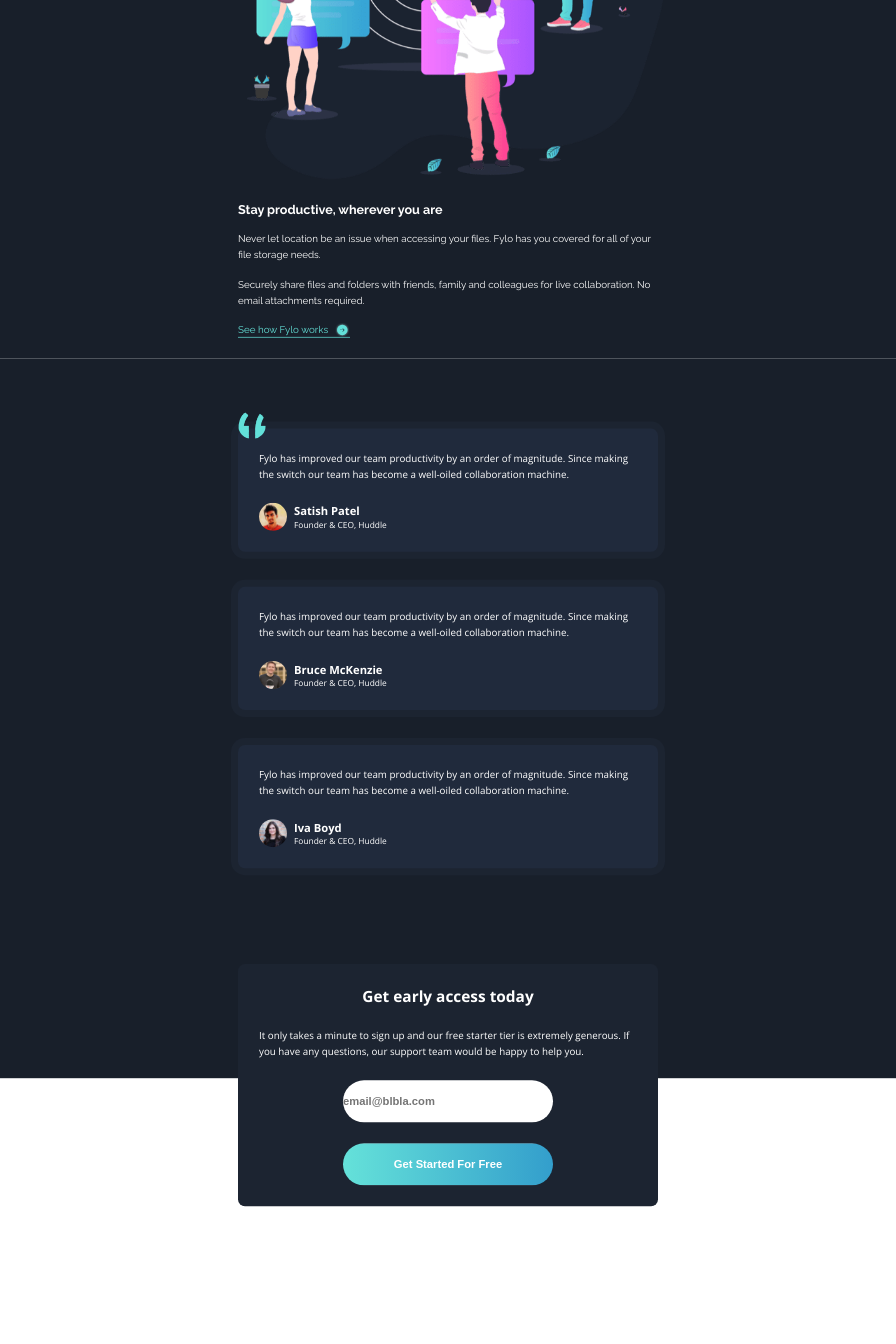
Repository: tomas938/fylo-dark-theme-landing-page-master
Page: index.html
The author's editor kept a copy of each file at every save. The page is drawn from the files as they stood at one save, then again after the next save.
The browser window is 1280 px wide. The pictures show the part of the page from y = 2156 to 4076 px (the page is 4076 px tall before and 3800 px after), at 70% of full size.
The style sheet was rebuilt from its Sass, Less or Tailwind sources for each picture, by a compiler version that may differ from the author's.

Above is the page before, as saved 2021-08-05 17:12:50.

### index.html
<!DOCTYPE html>
<html lang="en">
	<head>
		<meta charset="UTF-8" />
		<meta name="viewport" content="width=device-width, initial-scale=1.0" />
		<link
			rel="icon"
			type="image/png"
			sizes="32x32"
			href="./images/favicon-32x32.png"
		/>
		<title>
			Frontend Mentor | Fylo landing page with dark theme and features grid
		</title>
		<link rel="stylesheet" href="/scss/main.css" />
	</head>
	<body>
		<section class="intro">
			<nav class="intro__navigation">
				<img src="/images/logo.svg" alt="" />
				<ul class="intro__navigation__links">
					<li><a href="#">Features</a></li>
					<li><a href="#">Team</a></li>
					<li><a href="#">Sign In</a></li>
				</ul>
			</nav>
			<div class="intro__description">
				<img class="bg-image" src="/images/illustration-intro.png" alt="" />
				<h1>All your files in one secure location, accessible anywhere.</h1>
				<p>
					Fylo stores all your most important files in one secure location.
					Access them wherever you need, share and collaborate with friends
					family, and co-workers.
				</p>
				<button class="blue-rounded">Get Started</button>
			</div>
		</section>
		<section class="about">
			<div class="about__item">
				<img src="/images/icon-access-anywhere.svg" class="icon"></img>
				<h3>Access your files, anywhere</h3>
				<p>
					The ability to use a smartphone, tablet, or computer to access your
					account means your files follow you everywhere.
				</p>
			</div>
			<div class="about__item">
				<img src="/images/icon-security.svg" class="icon"></img>
				<h3>Security you can trust</h3>
				<p>
					2-factor authentication and user-controlled encryption are just a
					couple of the security features we allow to help secure your files.
				</p>
			</div>
			<div class="about__item">
				<img src="/images/icon-collaboration.svg" class="icon"></img>
				<h3>Real-time collaboration</h3>
				<p>
					Securely share files and folders with friends, family and colleagues
					for live collaboration. No email attachments required.
				</p>
			</div>
			<div class="about__item">
				<img src="/images/icon-any-file.svg" class="icon"></img>
				<h3>Store any type of file</h3>
				<p>
					Whether you're sharing holidays photos or work documents, Fylo has you
					covered allowing for all file types to be securely stored and shared.
				</p>
			</div>
		</section>
    <section class="informations">
      <div class="informations__image">
        <img src="/images/illustration-stay-productive.png" alt="">
      </div>
      <div class="informations__content">
        <h4>Stay productive, wherever you are</h4>
        <p> Never let location be an issue when
		accessing your files. Fylo has you covered for all of your file storage
		needs.</p>
        <p> Securely share files and folders with friends, family and colleagues
		for live collaboration. No email attachments required.</p>
        <div class="link">
          <a href="#"> See how Fylo works</a>
          <img src="/images/icon-arrow.svg" alt="">
        </div>
      </div>
    </section>
    <section class="testimonials">
      <div class="testimonials__item">
        <img class="quotes" src="/images/bg-quotes.png" alt="">
        <p>	Fylo has improved our team productivity by an order of magnitude. Since
		making the switch our team has become a well-oiled collaboration machine.</p>
      <div class="person">
        <img src="/images/profile-1.jpg" alt="">
        <div class="person__information">
          <h4>	Satish Patel </h4>
          <h5> Founder & CEO, Huddle</h5>
        </div>
      </div>
      </div>
      <div class="testimonials__item">
        <p>	Fylo has improved our team productivity
		by an order of magnitude. Since making the switch our team has become a
		well-oiled collaboration machine.</p>
      <div class="person">
        <img src="/images/profile-2.jpg" alt="">
        <div class="person__information">
          <h4>Bruce McKenzie </h4>
          <h5> Founder & CEO, Huddle</h5>
        </div>
      </div>
      </div>
      <div class="testimonials__item">
        <p>	Fylo has improved our team productivity
		by an order of magnitude. Since making the switch our team has become a
		well-oiled collaboration machine.</p>
      <div class="person">
        <img src="/images/profile-3.jpg" alt="">
        <div class="person__information">
          <h4>	Iva Boyd </h4>
          <h5> Founder & CEO, Huddle</h5>
        </div>
      </div>
      </div>
    </section>
	<div class="contact">
		<div class="contact__item">
			<h3>Get early access today</h3>
			<p>	 It only takes a minute to sign
		  up and our free starter tier is extremely generous. If you have any
		  questions, our support team would be happy to help you.</p>
		  <input type="text" placeholder="email@blbla.com">
		  <button class="blue-rounded ">Get Started For Free</button>
		</div>
	</div>


		Lorem ipsum dolor sit amet, consectetur adipiscing elit, sed do eiusmod
		tempor incididunt ut labore et dolore magna aliqua +1-543-123-4567
		example@fylo.com About Us Jobs Press Blog Contact Us Terms Privacy

		<footer></footer>
	</body>
</html>

### scss/main.scss
@import "./_partials/variables";
@import "./_partials/_reset";
@import "./_partials/_intro";
@import "./_partials/_about";
@import "./_partials/_informations";
@import "./_partials/_testimonials";
@import "./_partials/_contact";

### scss/_partials/_variables.scss
// COLORS //

// ### Primary //

$intro-bg: hsl(217, 28%, 15%); // intro email sign up
$main-bg: hsl(218, 28%, 13%);
$footer-bg: hsl(216, 53%, 9%);
$testimonials-bg: hsl(219, 30%, 18%);

// ### Accent //

$cayn: hsl(176, 68%, 64%); //(inside call-to-action gradient)//
$blue: hsl(198, 60%, 50%); //(inside call-to-action gradient)//
$error: hsl(0, 100%, 63%);

// ### Neutral //

$white: hsl(0, 0%, 100%);

// FONTS //

// ### Headings, Call-to-actions, Header Navigation //

@import url("https://fonts.googleapis.com/css2?family=Raleway:wght@400;700&display=swap");

$heading-font: "Raleway", sans-serif;
$heading-light: 400;
$heading-bold: 700;

// ### Body //

@import url("https://fonts.googleapis.com/css2?family=Open+Sans:wght@400;700&family=Raleway:wght@400;700&display=swap");

$body-font: "Open Sans", sans-serif;
$body-light: 400;
$body-bold: 700;

// Button
.blue-rounded {
	max-width: 30rem;
	font-size: 1.6rem;
	font-weight: $heading-bold;
	border: none;
	outline: none;
	color: $white;
	background-image: linear-gradient(to right, $cayn, $blue);
	border-radius: 3rem;
	height: 6rem;
	width: 100%;
}

### scss/_partials/_reset.scss
* {
	margin: 0;
	padding: 0;
	box-sizing: border-box;
}
body {
	color: $white;
	font-family: $body-font;
}
html {
	font-size: 62.5%;
	// @media only screen and (max-width: 375px) {
	// 	font-size: 92.5%;
	// }
}
a {
	text-decoration: none;
}
li {
	list-style: none;
}

### scss/_partials/_intro.scss
.intro {
	background-color: $intro-bg;
	font-family: $heading-font;
	background-image: url(/images/bg-curvy-mobile.svg);
	background-repeat: no-repeat;
	background-position: bottom;
	background-size: 150% 50%;

	&__navigation {
		padding: 3rem 2rem;
		display: flex;
		justify-content: space-between;
	}
	img {
		width: 10rem;
		height: 2.95rem;
	}

	&__navigation__links {
		display: flex;
		align-items: center;
	}
	li:not(:last-child) {
		margin-right: 2.2rem;
	}
	a {
		color: $white;
		font-weight: $heading-light;
		font-size: 1.4rem;
	}
	&__description {
		max-width: 60rem;
		padding: 3rem;
		margin: auto;
		display: flex;
		flex-direction: column;
		align-items: center;
		grid-gap: 2rem;
	}
	.bg-image {
		width: 100%;
		height: 100%;
	}
	h1 {
		font-size: 2.5rem;
		text-align: center;
		line-height: 3.5rem;
	}
	p {
		font-size: 1.4rem;
		line-height: 2.3rem;
		text-align: center;
	}
}

### scss/_partials/_about.scss
.about {
	display: grid;
	grid-template-columns: 1fr;
	justify-items: center;
	grid-gap: 5rem;
	background-color: $main-bg;
	font-family: $heading-font;
	padding: 5rem 0;
	&__item {
		max-width: 35rem;
		display: flex;
		flex-direction: column;
		align-items: center;
		justify-content: center;
		padding: 0 1.5rem;
		grid-gap: 1rem;
	}
	.icon {
		margin-bottom: 3rem;
	}
	h3 {
		font-size: 2.2rem;
	}
	p {
		font-size: 1.4rem;
		line-height: 2.3rem;
	}
	h3,
	p {
		text-align: center;
	}
}

### scss/_partials/_informations.scss
.informations {
	display: flex;
	flex-direction: column;
	justify-content: center;
	align-items: center;
	grid-gap: 3rem;
	font-family: $heading-font;
	background-color: $main-bg;
	padding: 3rem;
	&__image {
		img {
			width: 100%;
		}
	}
	&__content {
		max-width: 60rem;

		display: flex;
		flex-direction: column;
		grid-gap: 2rem;
	}
	h3 {
		text-align: center;
	}

	h4 {
		font-size: 1.8rem;
	}
	p {
		font-size: 1.4rem;
		line-height: 2.3rem;
		text-align: left;
	}
	.link {
		display: flex;
		align-items: center;
		justify-content: flex-start;
		border-bottom: 1px solid $cayn;
		width: 16rem;
		a {
			font-size: 1.4rem;
			color: $cayn;
		}
		img {
			margin-left: 1rem;
			height: 2rem;
		}
	}
}

### scss/_partials/_testimonials.scss
.testimonials {
	background-color: $main-bg;
	display: flex;
	flex-direction: column;
	align-items: center;
	grid-gap: 5rem;
	padding: 10rem 4rem 30rem 4rem;
	position: relative;
	&__item {
		max-width: 60rem;
		background-color: $testimonials-bg;
		border-radius: 1rem;
		box-shadow: 0px 0px 0px 10px $intro-bg;
		padding: 3rem;
		display: flex;
		flex-direction: column;
		grid-gap: 3rem;
		position: relative;
		.quotes {
			position: absolute;
			top: -2.5rem;
			left: 0;
		}
	}
	.person {
		display: flex;
		align-items: center;
		grid-gap: 1rem;
	}
	img {
		border-radius: 50%;
		width: 4rem;
		height: 4rem;
	}
	p {
		font-size: 1.4rem;
		line-height: 2.3rem;
	}
	h4 {
		font-size: 1.6rem;
	}
	h5 {
		font-size: 1.2rem;
		font-weight: $heading-light;
	}
}

### scss/_partials/_contact.scss
.contact {
	display: flex;
	justify-content: center;
	padding: 1rem;
	.contact__item {
		transform: translateY(-50%);
		background-color: $intro-bg;
		padding: 3rem;
		border-radius: 1rem;
		max-width: 60rem;
		display: flex;
		flex-direction: column;
		align-items: center;
		grid-gap: 3rem;
	}
	h3 {
		font-size: 2.2rem;
	}
	p {
		font-size: 1.4rem;
		line-height: 2.3rem;
	}
	input {
		max-width: 30rem;
		font-size: 1.6rem;
		font-weight: $heading-bold;
		border: none;
		outline: none;
		color: $white;
		border-radius: 3rem;
		height: 6rem;
		width: 100%;
	}
}

After the next save:
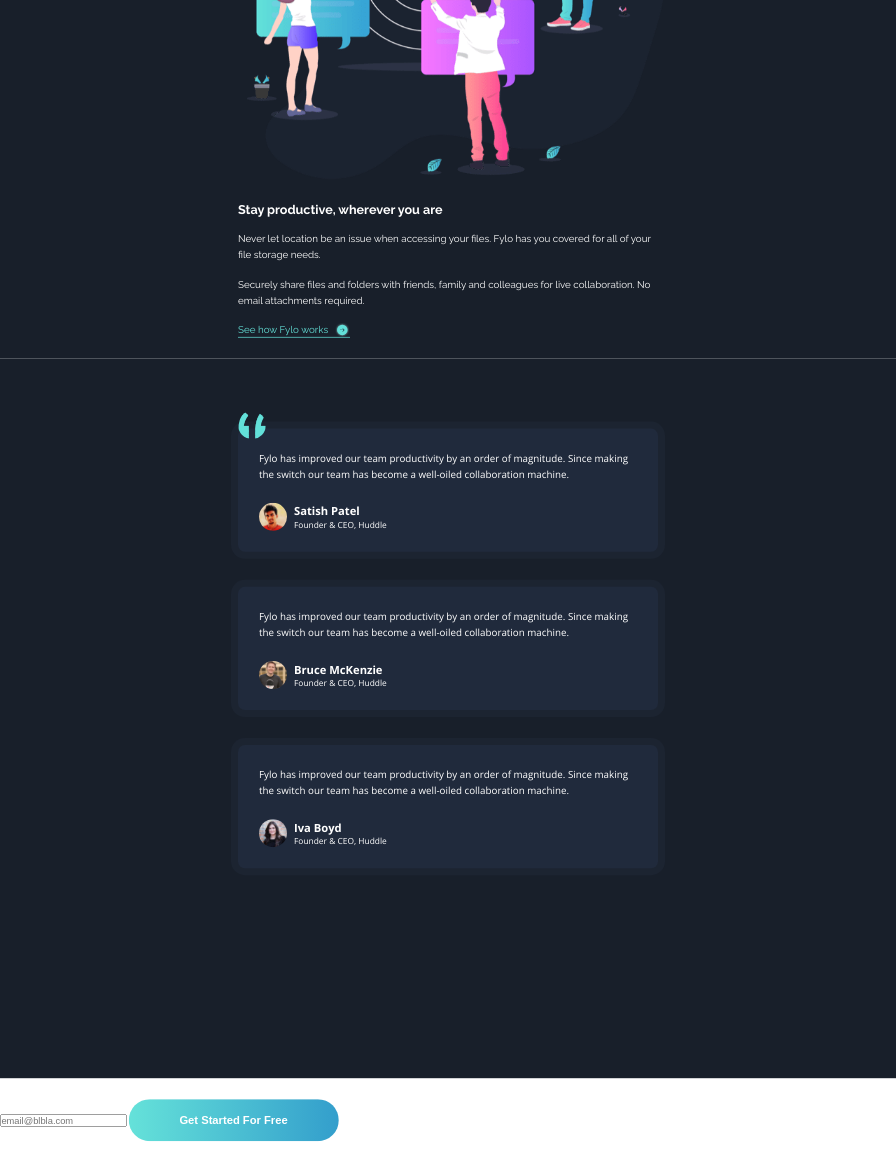
Saved 41 s later.
--- a/index.html
+++ b/index.html
@@ -123,8 +123,7 @@
         </div>
       </div>
       </div>
-    </section>
-	<div class="contact">
+    </section class="contact">
 		<div class="contact__item">
 			<h3>Get early access today</h3>
 			<p>	 It only takes a minute to sign
@@ -133,7 +132,6 @@
 		  <input type="text" placeholder="email@blbla.com">
 		  <button class="blue-rounded ">Get Started For Free</button>
 		</div>
-	</div>
 
 
 		Lorem ipsum dolor sit amet, consectetur adipiscing elit, sed do eiusmod

After the save that followed:
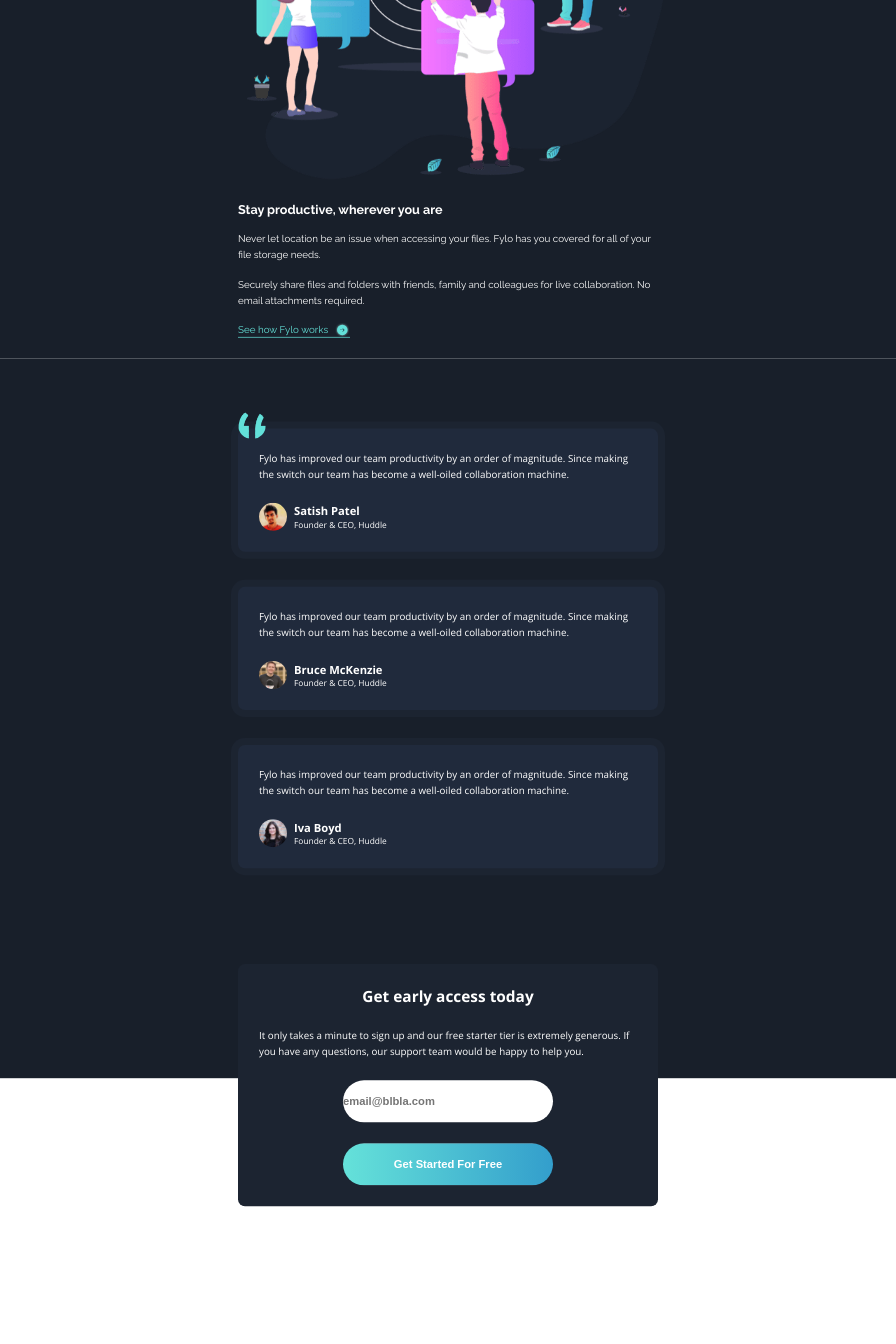
Saved 8 s later.
--- a/index.html
+++ b/index.html
@@ -124,6 +124,7 @@
       </div>
       </div>
     </section class="contact">
+	<div class="contact">
 		<div class="contact__item">
 			<h3>Get early access today</h3>
 			<p>	 It only takes a minute to sign
@@ -132,6 +133,7 @@
 		  <input type="text" placeholder="email@blbla.com">
 		  <button class="blue-rounded ">Get Started For Free</button>
 		</div>
+	</div>
 
 
 		Lorem ipsum dolor sit amet, consectetur adipiscing elit, sed do eiusmod
